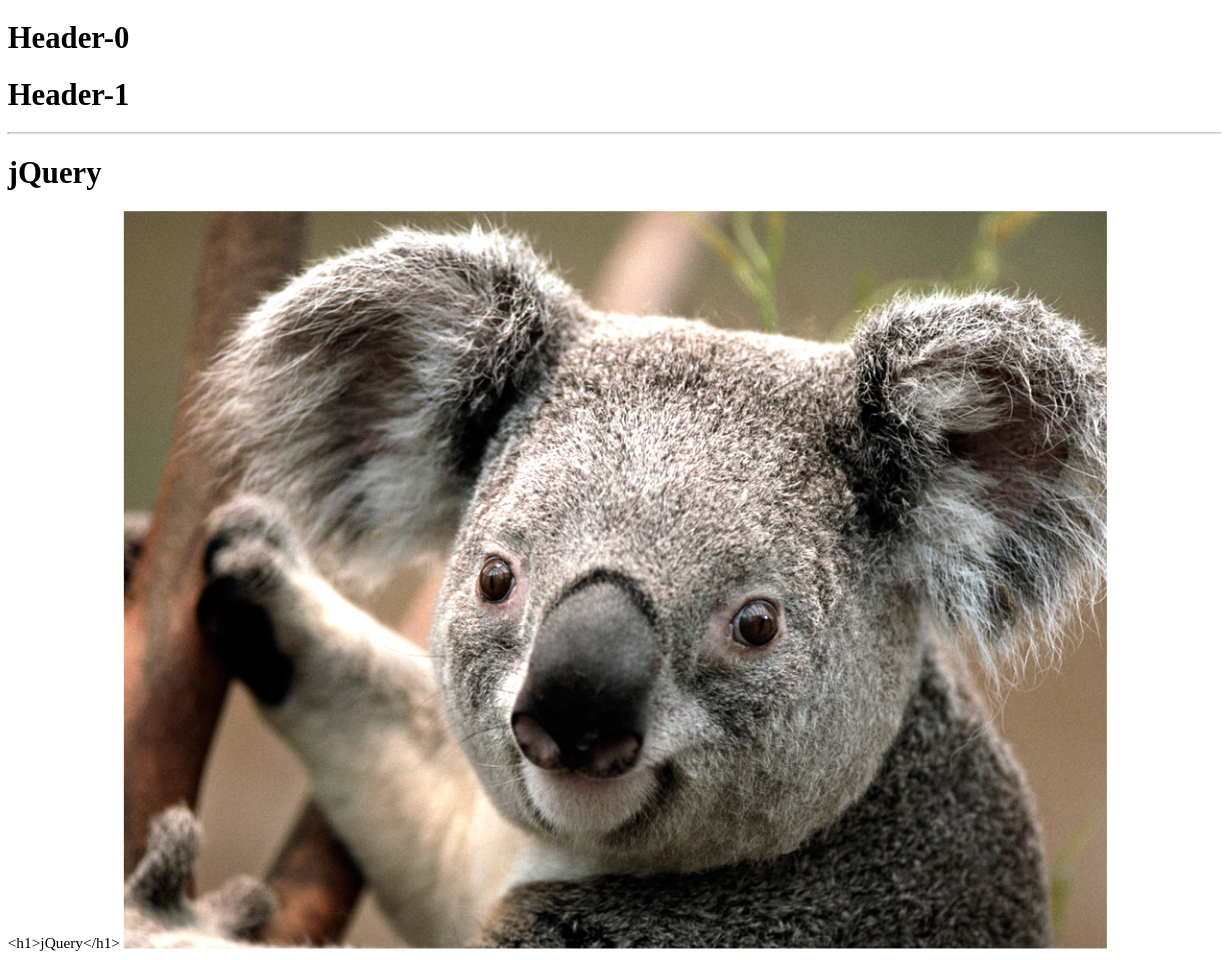
Repository: chlguswns1/web-practice
Page: jQuery/src/main/webapp/03_DOM_Operation.html
The author's editor kept a copy of each file at every save. The page is drawn from the files as they stood at one save, then again after the next save.
The browser window is 1280 px wide. The pictures show the whole page, at 96% of full size.

Above is the page before, as saved 2023-03-09 09:04:51.

After the next save:
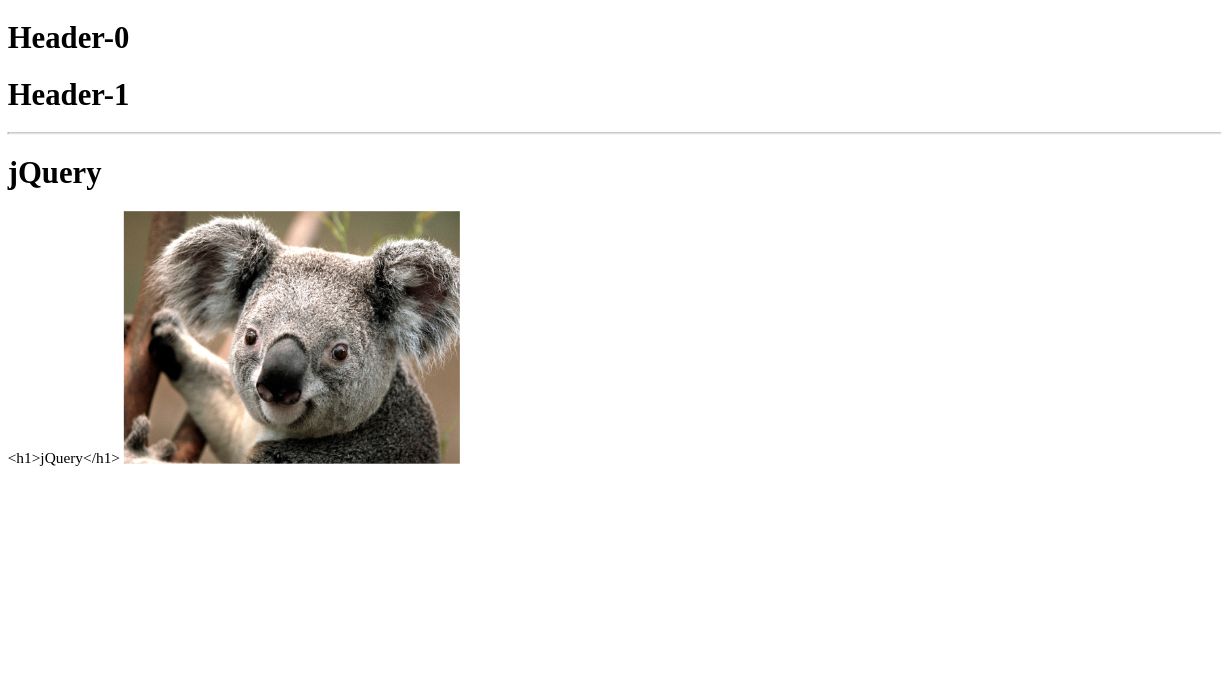
Saved 30 s later.
--- a/jQuery/src/main/webapp/03_DOM_Operation.html
+++ b/jQuery/src/main/webapp/03_DOM_Operation.html
@@ -192,7 +192,9 @@
 
 	$(function() {
 		$('<img/>').attr({
-			src:'img/Koala.jpg'
+			src:'img/Koala.jpg',
+			width:'350',
+			hight:'250'
 		}).appendTo('body');
 	})
 
